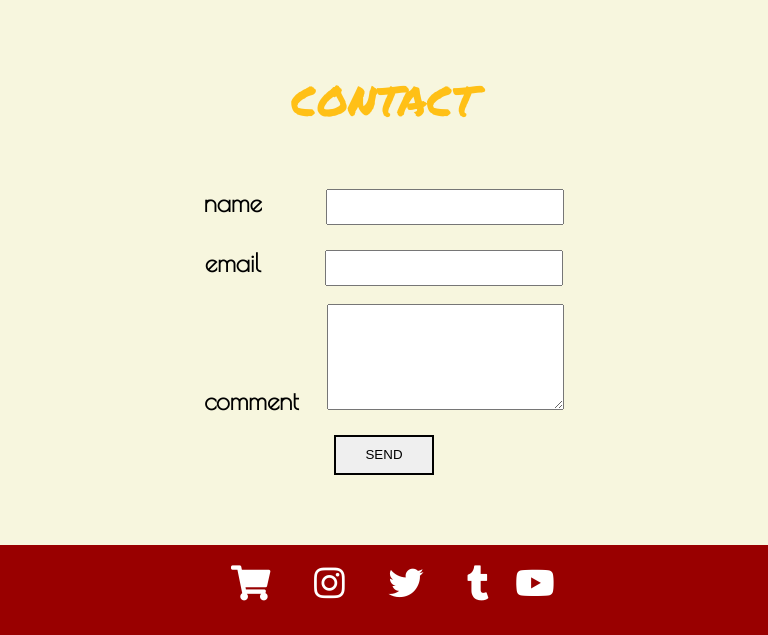
Repository: Natsuko0920/natsukohorii.github.io
Page: toppage/index.html
The author's editor kept a record of every edit. The page is drawn from the files as they stood at one moment, then again after the next edit.
The browser window is 768 px wide. The pictures show the part of the page from y = 874 to 1509 px (the page is 1509 px tall before and 1479 px after).
A picture or video elsewhere on the page could not be fetched, so the positions and the page height are approximate. Some web libraries are served in a nearby version.

Above is the page before.

### toppage/index.html
<!DOCTYPE html>
<html lang="ja">
<!--head-->
<head>
    <meta charset="utf-8">
    <title>NATSUKO HORII | ホリイ ナツコ</title>
    <meta name="description" content="Japanese artist / teacher / web designer / youtuber / creater ">
    <meta name="keywords" content="Natsuko Horii,natsukohorii,Horii Natsuko,ホリイナツコ,Japanese artist,artist,japanese illustrator,illustrator,イラストレーター,japanese teacher,naccchan sensei,なっちゃんせんせい,なっちゃん,nacchan,japanese youtuber">
    <meta name="viewport" content="width=device-width, initial-scale=1">
    <link rel="stylesheet" href="https://use.fontawesome.com/releases/v5.3.1/css/all.css" integrity="sha384-mzrmE5qonljUremFsqc01SB46JvROS7bZs3IO2EmfFsd15uHvIt+Y8vEf7N7fWAU" crossorigin="anonymous">
<!--put google font,font awesome-->
    <link href="https://fonts.googleapis.com/css?family=Permanent+Marker" rel="stylesheet">
    <link href="https://fonts.googleapis.com/css?family=Rock+Salt" rel="stylesheet">
    <link href="https://fonts.googleapis.com/css?family=Rokkitt:300" rel="stylesheet">
    <link href="https://fonts.googleapis.com/css?family=Poiret+One" rel="stylesheet">
    <meta http-equiv="Content-Type" content="text/html; charset=utf-8" />
    <link rel="stylesheet" href="index.css">
</head>
<!--header-->
<body>
    <header>
         <div class="title">
                      <div class="sign"><a href="../toppage/index.html">NATSUKO HORII</a></div>
        </div>
        <ul id="nav">
          <li><a href="../artwork/artwork.html" class="menubox">Artwork</a></li>
          <li><a href="../lesson/lesson.html" class="menubox">Lesson</a></li>
          <li><a href="#about" class="menubox">About</a></li>
          <li><a href="#contact" class="menubox">Contact</a></li>
         </ul>
    </header>
<main>
    <div class="toppage">
        <img src="../toppage/topimage.jpg">
    </div>
<!--about me-->
    <div class="titleabout" id="about">ABOUT</div>
    <div class="about">
      <div class="box1">
        <h1>Natsuko Horii</h1>
        <img class="profile" src="../toppage/profile.jpg">
        <br>
                <img class="profile" src="../toppage/profile2.png">
      </div>
      <div class="box2">
         <h2>
             (b.1995/Japan)
             <br>Hello! My name is Natsuko! I'm a versatile designer and a Japanese language teacher. Since I was a young child, I've been passionate about visual art and the expressive freedom it provides. The creative process has been a source of satisfaction and fulfillment for me throughout my life.
I've always been fascinated and inspired by the diversity of character design styles and animation found across the world.
<br>This interest in international expression and visual communication led me to attend Kansai Foreign Language University, where I studied English and further honed my abilities as a digital artist and web designer.
<br>I am skilled in: <b>Web design, 2D and 3D animation, Digital illustration, English Language instruction.</b>
<br>I've completed a variety of design projects, including design work for an animal hospital awareness campaign, animation and icons for YouTube videos, and personal art commissions. I also have over 580 hours of teaching experience teaching 90+ students through Italki HK Limited and private tutoring sessions.
<br>I'm always looking for opportunities to to further expand my horizons and embrace new challenges, so please reach out to me if you're looking for web design work, digital illustration, art commissions, or help learning Japanese. Nice to meet you!
         </h2>
      </div>
    </div>
<!--contact-->
    <div class="contact">
        <div class="titleabout" id="contact">contact</div>
        <div class="box3">
        <form action="https://docs.google.com/forms/d/e/1FAIpQLScnhWgwTJQ7-fkn19yMeZQXZv_nZWPaMLcr0KuLvkTzsQe1-A/formResponse">
            <label for="name">name　</label>
            <input id="name" type"text" name="entry.1762694654" required/>
           <br><br><label for="email">email　</label>
           <input id="email" type="text" name="entry.1706581827" required/>
           <br><br><label for="msg">comment　</label>
           <textarea id="comment" name="entry.790994953" required/></textarea>
           <br><br><button type="submit" name="button" value="SEND" class="square_btn">SEND</button>
        </form>
       </div>
    </div>
</main>
<footer>
    <div class="linkbox">
      <a href="https://society6.com/natsuko_horii" target="blank" class="link"><i class="fas fa-shopping-cart">　</i></a>
      <a href="https://www.instagram.com/natsuko_horii/" target="blank" class="link"><i class="fab fa-instagram" aria-hidden="true">　</i></a>
      <a href="https://twitter.com/NatsukoHorii" target="blank" class="link"><i class="fab fa-twitter" aria-hidden="true">　</i></a>
      <a href="https://www.tumblr.com/blog/natsukohorii" target="blank" class="link"><i class="fab fa-tumblr" aria-hidden="true">　</i></a>
      <a href="https://www.youtube.com/user/hahaha365yeah/featured?disable_polymer=1" target="blank" class="link"><i class="fab fa-youtube" aria-hidden="true"></i></a>
    </div>
</footer>
</body>
</html>

### toppage/index.css
@media screen and (min-width:480px) and ( max-width:600px) {
    /*　画面サイズが480pxからはここを読み込む　*/
p { color:#ededed;}
}

@media screen and (min-width:600px) and ( max-width:960px) {
 a:link {
      color:#FFC016;
    background-color: transparent;
    text-decoration: none;
}

a:visited {
    color:#FFC016;
    background-color: transparent;
    text-decoration: none;
}

a:active {
    color:#FFC016;
    background-color: transparent;
    text-decoration: none;
}

body{
    background-color:#f7f6de;
    margin:0;
}

.changeColor {
   background-color:#f5c16c;
}

header{
    width:100%;
    display:flex;
    position:absolute;
}

.title{
  width:50%;
  padding-bottom:5px;
}

.sign{
    font-family: 'Permanent Marker', cursive;
    font-size:25px;
    margin-left:10px;
    margin-top:15px;
          color:#FFC016
}

#nav{
  width:70%;
  list-style:none;
  display:flex;
  align-items: center;
  margin-right:10px;
}

#nav li{
  width:100%;
  font-family: 'Permanent Marker', cursive;
  font-size:25px;
  text-align:center;
}

#nav a {
  color:#FFC016;
}

.toppage img{
  width:100%;
}

.titleabout{
  font-family: 'Permanent Marker', cursive;
  font-size:50px;
  text-align:center;
    color:#FFC016;
    margin-top:80px;
}

.about{
  width:90%;
  margin:auto;
  display:flex;
}

.box1{
  width:30%;
  margin-top:20px;
}

.box2{
  width:60%;
  margin-top:20px;
  margin-left:20px;
}

h1{
 font-family: 'Rock Salt', cursive;
 font-size:20px;
 margin:0;
 text-align:center;

}

h2{
  font-size:15px;
font-family: 'Rokkitt', serif;
  line-height: 15px;
  font-weight: lighter;
  margin-left:20px;
   text-align:justify;
}

.profile{
  width:100%;
  height:auto;
}

.contact{
  margin-top:50px;
  margin-bottom:70px;
}

.box3{
    margin-top:50px;

    text-align:center;
}

label{
     font-family: 'Poiret One', cursive;
     font-size:25px;
     font-weight:bold;
}

#name{
    margin-left:35px;
      width:30%;
      height:30px;

}

#email{
  margin-left:35px;
      width:30%;
      height:30px;
}

#comment{
      width:30%;
      height:100px;
}

.square_btn {
    display: inline-block;
    padding: 0.3em 1em;
    text-decoration: none;
    color: #990000;
    background:white;
    border: solid 2px #990000;
    border-radius: 3px;
    height:40px;
    width:100px;
    transition: .4s;
}

.square_btn:hover {
    background:#990000;
    color: white;
}

.linkbox{
  padding-top:20px;
  font-size:35px;
  text-align:center;
}

a.link {
  color:white;
}

a.link:hover{
  color:#FFC016;
}

footer{
  width:100%;
  background-color:#990000;
  margin:0;
  position:absolute;
  padding-bottom:30px;
}


}

@media screen and (min-width:960px) and ( max-width:1280px) {
a:link {
      color:#FFC016;
    background-color: transparent;
    text-decoration: none;
}

a:visited {
    color:#FFC016;
    background-color: transparent;
    text-decoration: none;
}

a:active {
    color:#FFC016;
    background-color: transparent;
    text-decoration: none;
}

body{
    background-color:#f7f6de;
    margin:0;
    transition: 0.3s all;
}

.changeColor {
   background-color:#f5c16c;
}

header{
    width:100%;
    display:flex;
    position:absolute;
}

.title{
  width:50%;
  padding-bottom:5px;
}

.sign{
    font-family: 'Permanent Marker', cursive;
    font-size:40px;
    margin-left:10px;
    margin-top:10px;
          color:#FFC016
}

#nav{
  width:70%;
  list-style:none;
  display:flex;
  align-items: center;
  margin-right:10px;
}

#nav li{
  width:100%;
  font-family: 'Permanent Marker', cursive;
  font-size:30px;
  text-align:center;
}

#nav a {
  color:#FFC016;
}

#nav a:hover{
  opacity:0.7;
}

.toppage img{
  width:100%;
}

.titleabout{
  font-family: 'Permanent Marker', cursive;
  font-size:50px;
  text-align:center;
    color:#FFC016;
    margin-top:80px;
}

.about{
  width:90%;
  margin:auto;
  display:flex;
}

.box1{
  width:30%;
}

.box2{
  width:60%;
  margin-top:100px;
  margin-left:50px;
}

h1{
 font-family: 'Rock Salt', cursive;
 font-size:40px;
 margin:0;
 text-align:center;

}

h2{
  font-size:20px;
font-family: 'Rokkitt', serif;
  line-height: 25px;
  font-weight: lighter;
  margin-left:20px;
   text-align:justify;
}

.profile{
  width:100%;
  height:auto;

}

.contact{
  margin-top:50px;
  margin-bottom:70px;
}

.box3{
    margin-top:50px;

    text-align:center;
}

label{
     font-family: 'Poiret One', cursive;
     font-size:25px;
     font-weight:bold;
}

#name{
    margin-left:35px;
      width:30%;
      height:30px;

}

#email{
  margin-left:35px;
      width:30%;
      height:30px;
}

#comment{
      width:30%;
      height:100px;
}

.square_btn {
    display: inline-block;
    padding: 0.3em 1em;
    text-decoration: none;
    color: #990000;
    background:white;
    border: solid 2px #990000;
    border-radius: 3px;
    height:40px;
    width:100px;
    transition: .4s;
}

.square_btn:hover {
    background:#990000;
    color: white;
}

.linkbox{
  padding-top:20px;
  font-size:35px;
  text-align:center;
}

a.link {
  color:white;
}

a.link:hover{
  color:#FFC016;
}

footer{
  width:100%;
  background-color:#990000;
  margin:0;
  position:absolute;
  padding-bottom:30px;
}
}

@media screen and (min-width:1280px) {
 a:link {
      color:#FFC016;
    background-color: transparent;
    text-decoration: none;
}

a:visited {
    color:#FFC016;
    background-color: transparent;
    text-decoration: none;
}

a:active {
    color:#FFC016;
    background-color: transparent;
    text-decoration: none;
}

body{
    background-color:#f7f6de;
    margin:0;
    transition: 0.3s all;
}

.changeColor {
   background-color:#f5c16c;
}

header{
    width:100%;
    display:flex;
    position:absolute;
}

.title{
  width:50%;
  padding-bottom:5px;
}

.sign{
    font-family: 'Permanent Marker', cursive;
    font-size:40px;
    margin-left:10px;
    margin-top:10px;
          color:#FFC016
}

#nav{
  width:70%;
  list-style:none;
  display:flex;
  align-items: center;
  margin-right:10px;
}

#nav li{
  width:100%;
  font-family: 'Permanent Marker', cursive;
  font-size:30px;
  text-align:center;
}

#nav a {
  color:#FFC016;
}

#nav a:hover{
  opacity:0.7;
}

.toppage img{
  width:100%;
}

.titleabout{
  font-family: 'Permanent Marker', cursive;
  font-size:50px;
  text-align:center;
    color:#FFC016;
    margin-top:80px;
}

.about{
  width:90%;
  margin:auto;
  display:flex;
}

.box1{
  width:30%;
}

.box2{
  width:60%;
  margin-top:100px;
  margin-left:50px;
}

h1{
 font-family: 'Rock Salt', cursive;
 font-size:40px;
 margin:0;
 text-align:center;

}

h2{
  font-size:20px;
font-family: 'Rokkitt', serif;
  line-height: 25px;
  font-weight: lighter;
  margin-left:20px;
   text-align:justify;
}

.profile{
  width:100%;
  height:auto;

}

.contact{
  margin-top:50px;
  margin-bottom:70px;
}

.box3{
    margin-top:50px;

    text-align:center;
}

label{
     font-family: 'Poiret One', cursive;
     font-size:25px;
     font-weight:bold;
}

#name{
    margin-left:35px;
      width:30%;
      height:30px;

}

#email{
  margin-left:35px;
      width:30%;
      height:30px;
}

#comment{
      width:30%;
      height:100px;
}

.square_btn {
    display: inline-block;
    padding: 0.3em 1em;
    text-decoration: none;
    color: #990000;
    background:white;
    border: solid 2px #990000;
    border-radius: 3px;
    height:40px;
    width:100px;
    transition: .4s;
}

.square_btn:hover {
    background:#990000;
    color: white;
}

.linkbox{
  padding-top:20px;
  font-size:35px;
  text-align:center;
}

a.link {
  color:white;
}

a.link:hover{
  color:#FFC016;
}

footer{
  width:100%;
  background-color:#990000;
  margin:0;
  position:absolute;
  padding-bottom:30px;
}
}

After the next edit:
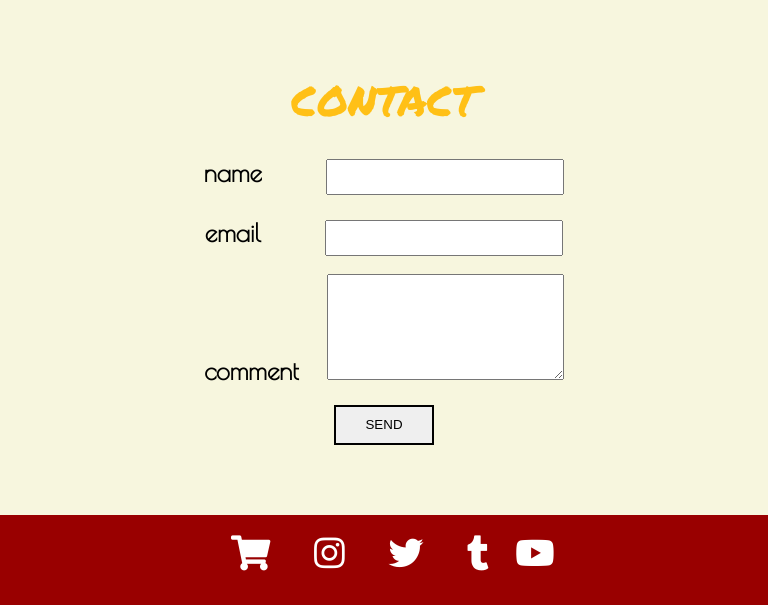
The edit:
--- a/toppage/index.css
+++ b/toppage/index.css
@@ -126,8 +126,7 @@
 }
 
 .box3{
-    margin-top:50px;
-
+    margin-top:20px;
     text-align:center;
 }
 
